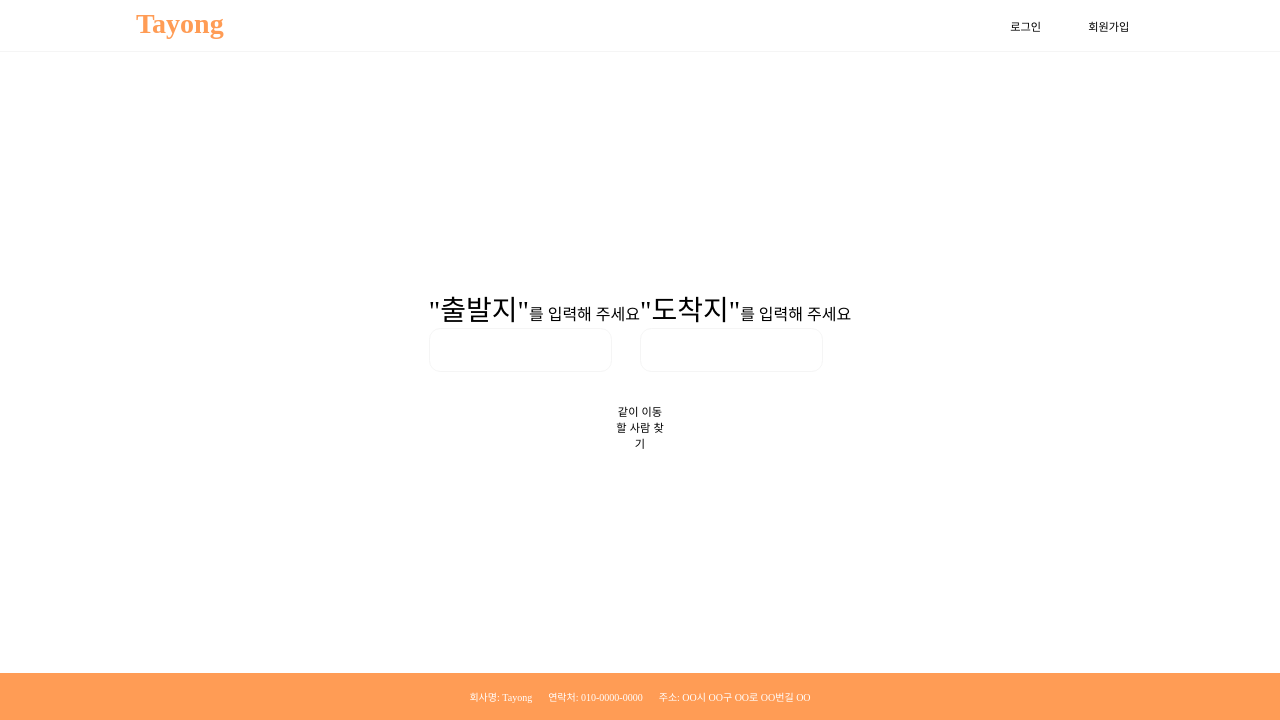
Repository: YEOMJINSEOP/playground
Page: / (app in tayong/)
These files come from the project's save history. The page is drawn as it stood at one moment and after the next save; the edit follows.
The browser window is 1280 px wide. The pictures show the whole page.
The project was rebuilt for these pictures with package versions that can differ from the ones it lists, and the page was loaded fresh each time.

Above is the page before, as saved 2022-10-28 14:23:44.

After the next save:
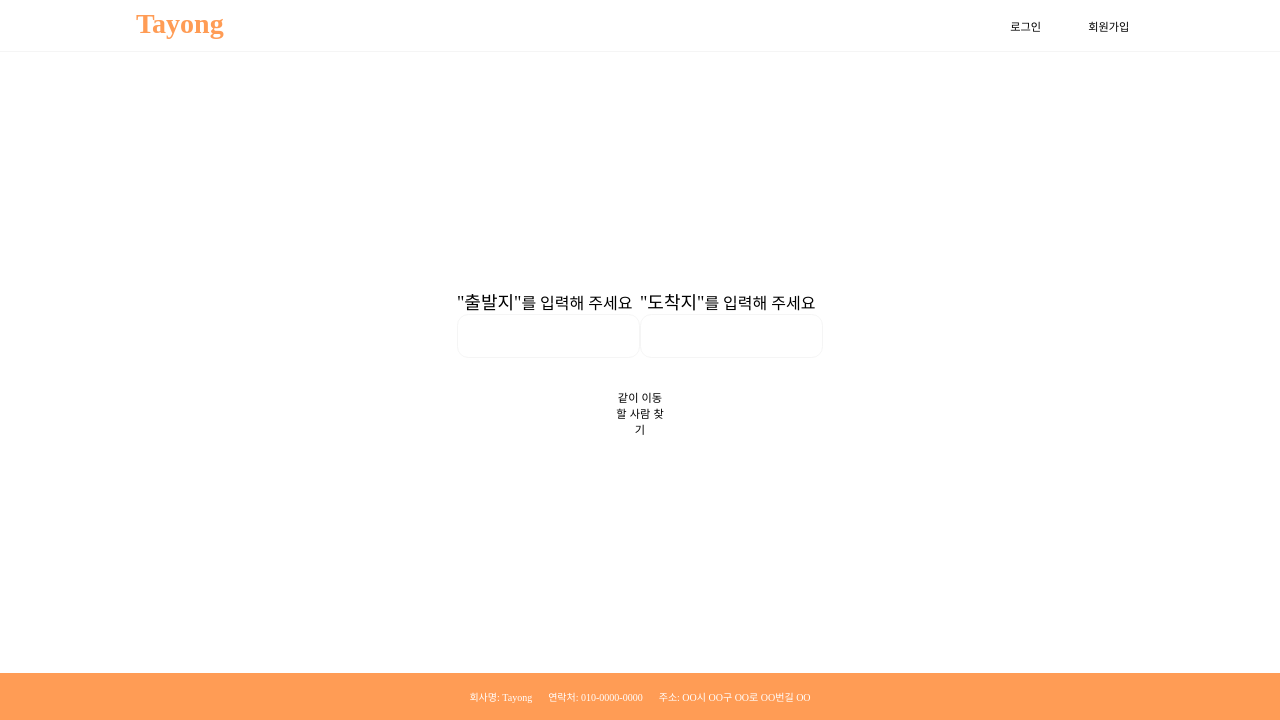
Saved 4 s later.
--- a/tayong/src/components/locationSelector/locationSelector.module.css
+++ b/tayong/src/components/locationSelector/locationSelector.module.css
@@ -30,5 +30,5 @@ input{
 }
 
 span{
-  font-size: var(--font-medium);
+  font-size: var(--font-regular);
 }
